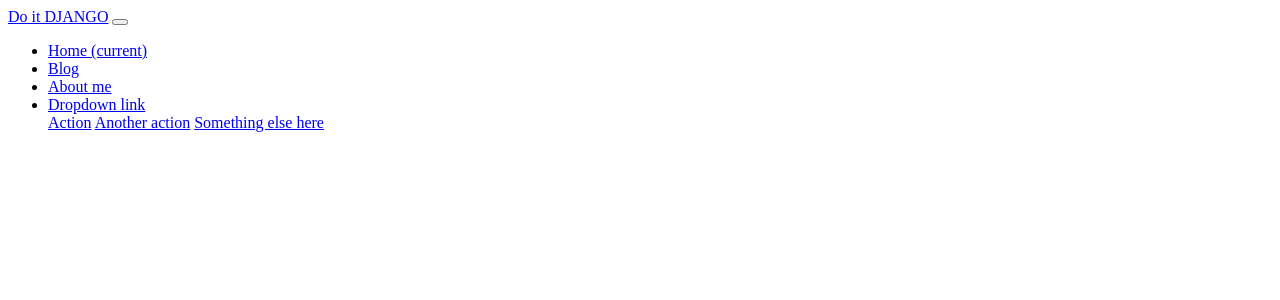
Repository: lwygold/do_it_ft
Page: blog_list.html
The author's editor kept a copy of each file at every save. The page is drawn from the files as they stood at one save, then again after the next save.
The browser window is 1280 px wide. The pictures show the whole page.

Above is the page before, as saved 2021-08-10 18:25:06.

### blog_list.html
<!DOCTYPE html>
<html lang="en">
<head>
    <meta charset="UTF-8">
    <meta http-equiv="X-UA-Compatible" content="IE=edge">
    <meta name="viewport" content="width=device-width, initial-scale=1.0">
    <title>About Me</title>
</head>
<body>

    <nav class="navbar navbar-expand-lg navbar-light bg-light">
        <a class="navbar-brand" href="#">Do it DJANGO</a>
        <button class="navbar-toggler" type="button" data-toggle="collapse" data-target="#navbarNavDropdown"
            aria-controls="navbarNavDropdown" aria-expanded="false" aria-label="Toggle navigation">
            <span class="navbar-toggler-icon"></span>
        </button>
        <div class="collapse navbar-collapse" id="navbarNavDropdown">
            <ul class="navbar-nav">
                <li class="nav-item active">
                    <a class="nav-link" href="./index.html">Home <span class="sr-only">(current)</span></a>
                </li>
                <li class="nav-item">
                    <a class="nav-link" href="./blog_list.html">Blog</a>
                </li>
                <li class="nav-item">
                    <a class="nav-link" href="./about_me.html">About me</a>
                </li>
                <li class="nav-item dropdown">
                    <a class="nav-link dropdown-toggle" href="#" id="navbarDropdownMenuLink" role="button"
                        data-toggle="dropdown" aria-haspopup="true" aria-expanded="false">
                        Dropdown link
                    </a>
                    <div class="dropdown-menu" aria-labelledby="navbarDropdownMenuLink">
                        <a class="dropdown-item" href="#">Action</a>
                        <a class="dropdown-item" href="#">Another action</a>
                        <a class="dropdown-item" href="#">Something else here</a>
                    </div>
                </li>
            </ul>
        </div>
    </nav>

</body>
</html>

### sub.css
.container {
    width:1920px;
    margin:0 auto;

}

After the next save:
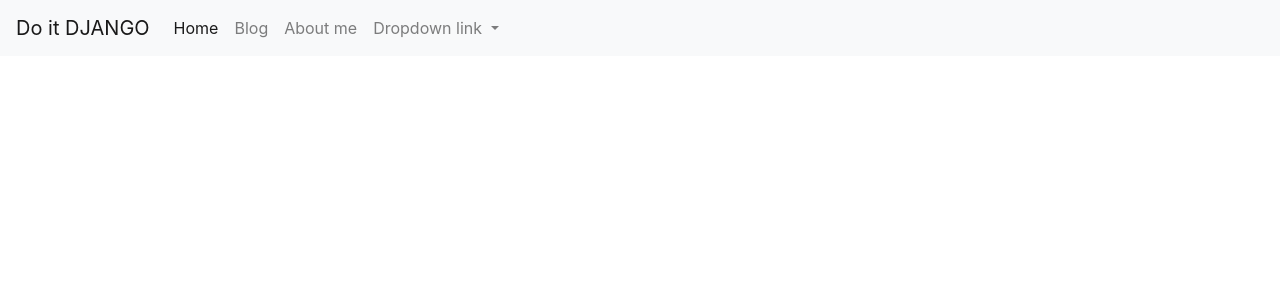
Saved 26 h 45 min later.
--- a/blog_list.html
+++ b/blog_list.html
@@ -4,6 +4,9 @@
     <meta charset="UTF-8">
     <meta http-equiv="X-UA-Compatible" content="IE=edge">
     <meta name="viewport" content="width=device-width, initial-scale=1.0">
+    <link rel="stylesheet" href="https://cdn.jsdelivr.net/npm/bootstrap@4.6.0/dist/css/bootstrap.min.css"
+        integrity="sha384-B0vP5xmATw1+K9KRQjQERJvTumQW0nPEzvF6L/Z6nronJ3oUOFUFpCjEUQouq2+l" crossorigin="anonymous">
+    <link rel="stylesheet" href="./sub.css" type="text/css" />
     <title>About Me</title>
 </head>
 <body>
